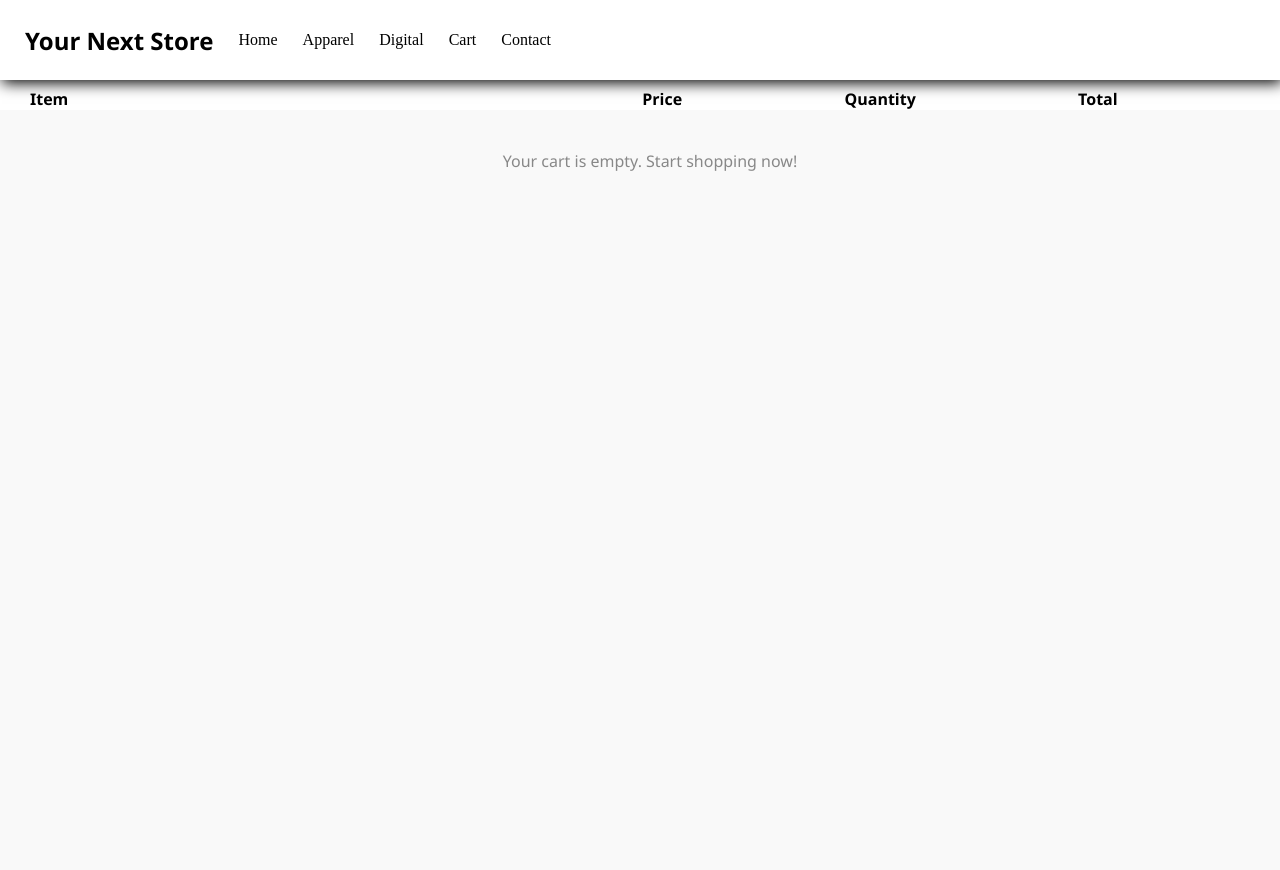
Repository: Sharathguru/React_Project1
Page: /cart
An editor plug-in stored every save of this project. The page is shown before and after the next save, followed by the edit.
The browser window is 1280 px wide. The pictures show the whole page.
The project was rebuilt for these pictures with package versions that can differ from the ones it lists, and the page was loaded fresh each time. Also part of the build but not shown: vite.config.js, src/Component/Main/Main1.jsx, src/Component/Main/Cloud.jsx, src/Component/Home.jsx, src/Component/NavbarComponent/Apparel.jsx, src/Component/NavbarComponent/Digital.jsx, src/Component/Contact.jsx, src/Component/Main/Signup.jsx and 3 more.

Above is the page before, as saved 2025-01-17 11:09:37.

After the next save:
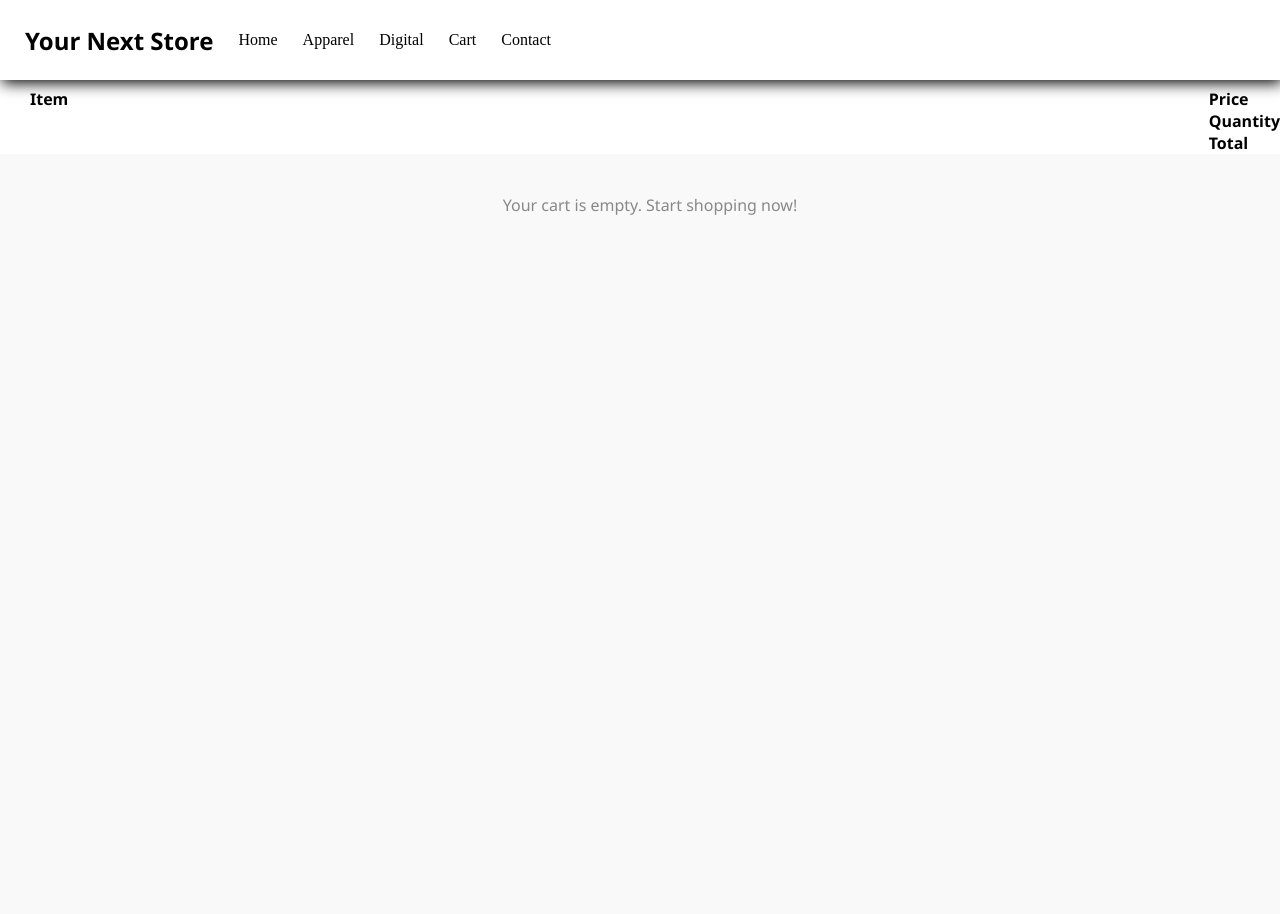
Saved 5 s later.
--- a/src/App.css
+++ b/src/App.css
@@ -661,7 +661,7 @@
 {
 padding-left: 30px;
 }
-#cart-tem-all
+/* #cart-tem-all
 {
   width: 800px;
   display: flex;
@@ -676,7 +676,7 @@
 #incanddes h5
 {
 
-}
+} */
 
 
 

After the 4 saves that followed:
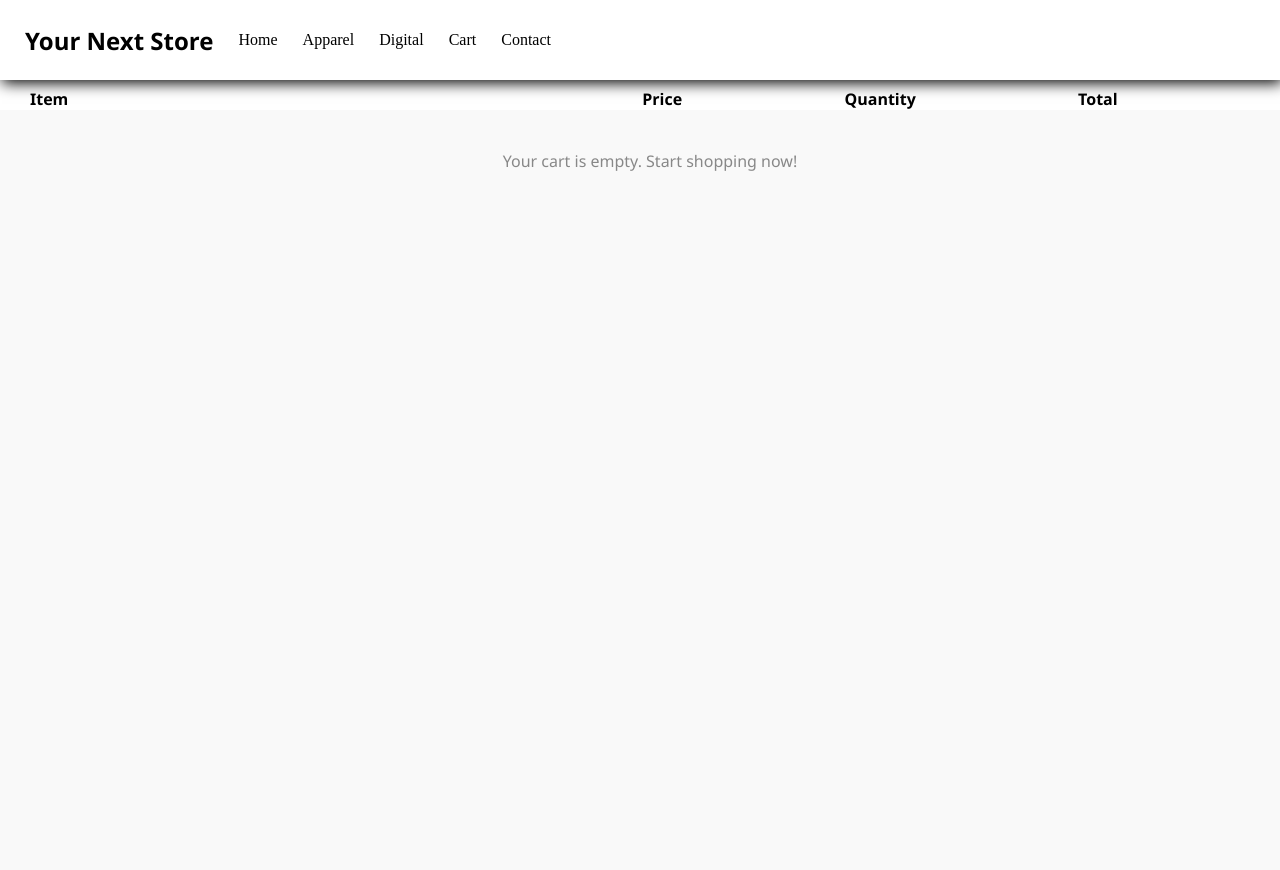
The 4 saves are shown as one change because they came seconds apart.
The last was saved 12 s later.
--- a/src/App.css
+++ b/src/App.css
@@ -661,7 +661,7 @@
 {
 padding-left: 30px;
 }
-/* #cart-tem-all
+#cart-tem-all
 {
   width: 800px;
   display: flex;
@@ -674,9 +674,7 @@
   bottom: 20px;
 }
 #incanddes h5
-{
-
-} */
+{}
 
 
 
